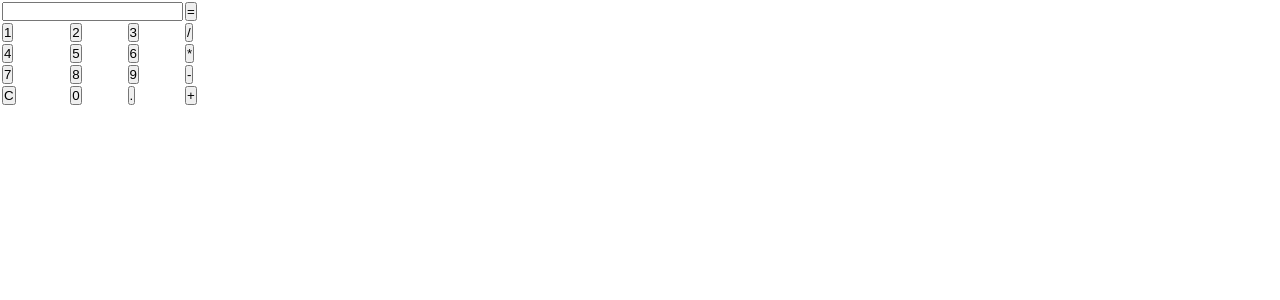
Repository: Seryozha02/CalculatorAndStopwatch
Page: calculator.html
These files come from the project's save history. The page is drawn as it stood at one moment and after a run of saves; the edit follows.
The browser window is 1280 px wide. The pictures show the whole page.

Above is the page before, as saved 2022-10-03 00:20:27.

### calculator.html
<!DOCTYPE html>
<html lang="en">
  <head>
    <meta charset="UTF-8" />
    <meta http-equiv="X-UA-Compatible" content="IE=edge" />
    <meta name="viewport" content="width=device-width, initial-scale=1.0" />
    <link rel="stylesheet" href="calculator.css" />
    <title>Calculator</title>
  </head>
  <body>
    <table id="calculator">
      <tr>
        <td colspan="3"><input class="display-box" type="text" id="result"/></td>
        <td><input type="button" value="=" onclick="calculate()" id="btn"></td>
      </tr>
      <tr>
        <td><input type="button" value="1" onclick="display(('1'))" /></td>
        <td><input type="button" value="2" onclick="display(('2'))" /></td>
        <td><input type="button" value="3" onclick="display(('3'))" /></td>
        <td><input type="button" value="/" onclick="display(('/'))" /></td>
      </tr>
      <tr>
        <td><input type="button" value="4" onclick="display(('4'))"></td>
        <td><input type="button" value="5" onclick="display(('5'))"></td>
        <td><input type="button" value="6" onclick="display(('6'))"></td>
        <td><input type="button" value="*" onclick="display(('*'))"></td>
      </tr>
      <tr>
        <td><input type="button" value="7" onclick="display(('7'))"></td>
        <td><input type="button" value="8" onclick="display(('8'))"></td>
        <td><input type="button" value="9" onclick="display(('9'))"></td>
        <td><input type="button" value="-" onclick="display(('-'))"></td>
      </tr>
      <tr>
      <td><input type="button" value="C" onclick="cleareScreen()" id="btn"></td>
      <td><input type="button" value="0" onclick="display(('0'))"></td>
      <td><input type="button" value="." onclick="display(('.'))"></td>
      <td><input type="button" value="+" onclick="display(('+'))"></td>
    </tr>
    </table>
  </body>
  <script src="calculator.js"></script>
</html>

### calculator.css
* {
    margin: 0;
    padding: 0;
    text-decoration: none;
    box-sizing: border-box;
}

#calculator {
    background-color: ;
}

Loaded but not shown: calculator.js (no copy from this time; the picture is the same without it)

After the next 2 saves:
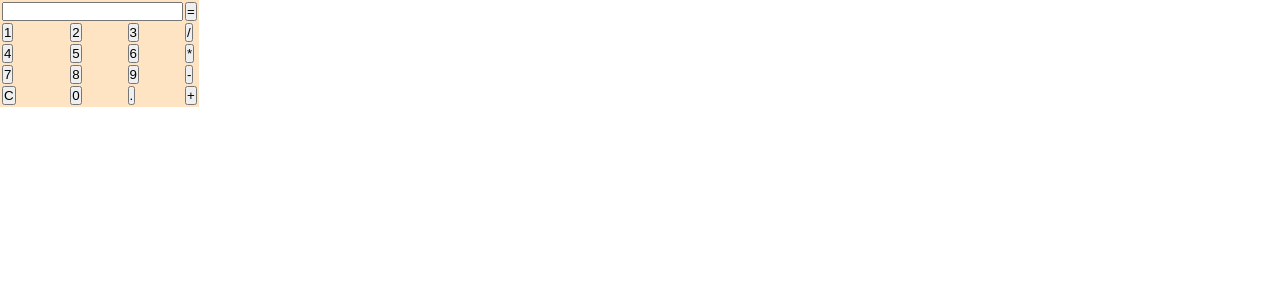
The 2 saves are shown as one change because they came seconds apart.
The last was saved 7 s later.
--- a/calculator.css
+++ b/calculator.css
@@ -6,5 +6,6 @@
 }
 
 #calculator {
-    background-color: ;
+    background-color: bisque;
+
 }
